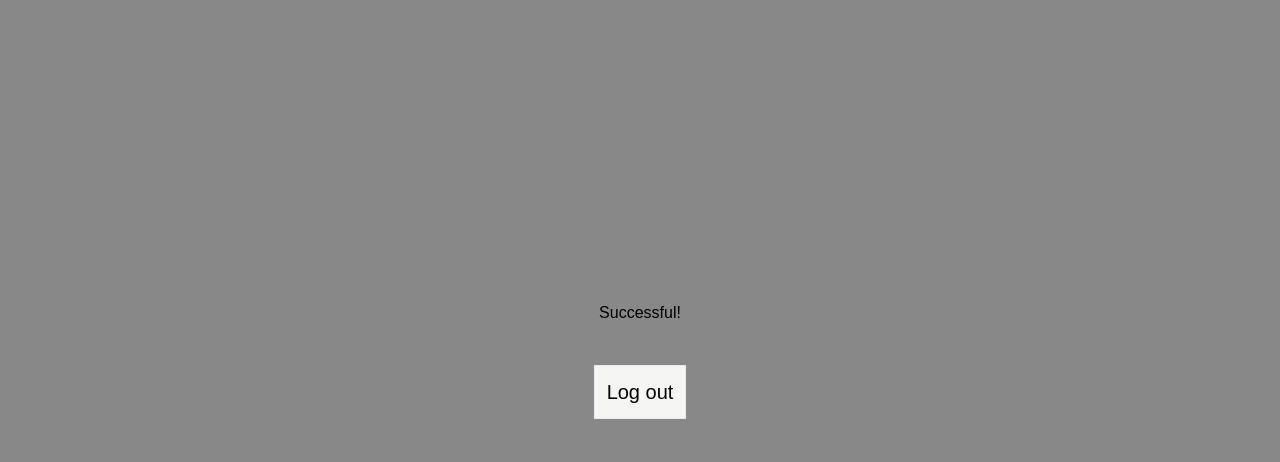
Repository: hsumyatm7308/oop-loginregister-php
Page: http://localhost/logout.php
An editor plug-in stored every save of this project. The page is shown before and after the next save, followed by the edit.
The browser window is 1280 px wide. The pictures show the whole page.
Some web libraries are served in a nearby version. The page is run by PHP 8.4 with error messages shown; the project is at /var/www/html/.

Above is the page before, as saved 2023-08-01 23:08:55.

### logout.php
<?php
require 'oopfunction.php';
if (isset($_POST['logout'])) {

    $logout = new Logout();
    $logout->logoutUser();
    header("Location:login.php");
}
?>


<!DOCTYPE html>
<html>

<head>
    <title>Login</title>

    <script src="https://cdn.tailwindcss.com"></script>
    <style>
        body {
            font-family: sans-serif;
            height: 100vh;
            background: #888;

            display: grid;
            place-items: center;
        }
    </style>

</head>

<body class="w-screen h-screen  flex justify-center items-center flex-col">

    <h1 class="mb-10">Successful!</h1>
    <form action="" method="post">
        <button type="button" name="logout" class="border p-3 bg-stone-100 text-xl"> Log out </button>
    </form>

</body>

</html>

### oopfunction.php
<?php


class Connection
{
    public $dbhost = "localhost";
    public $dbuser = "root";
    public $dbname = "hmmdb";
    public $password = "";


    public $conn;


    public function __construct()
    {
        try {

            $this->conn = new PDO("mysql:dbhost=$this->dbhost;dbname=$this->dbname", $this->dbuser, $this->password);
            $this->conn->setAttribute(PDO::ATTR_ERRMODE, PDO::ERRMODE_EXCEPTION);

            // echo "connection successfull";


        } catch (Exception $e) {
            echo "Error Found : " . $e->getMessage();
        }
    }
}

class Register extends Connection
{
    // Function to register user in the database
    public function insertUserInfo($fullname, $username, $email, $address, $phone, $password, $comfirmpass)
    {
        try {
            $duplicate = $this->conn->prepare('SELECT * FROM loginregister WHERE username = :username OR email = :email');
            $duplicate->bindParam(':username', $username, PDO::PARAM_STR);
            $duplicate->bindParam(':email', $email, PDO::PARAM_STR);
            $duplicate->execute();

            $row = $duplicate->rowCount();

            if ($row > 0) {
                return 10;
            } else {
                if ($password == $comfirmpass) {
                    try {
                        $stmt = $this->conn->prepare("INSERT INTO loginregister (fullname, username, email, address,phone, password) VALUES (:fullname, :username, :email, :address,:phone, :password)");
                        $stmt->bindParam(':fullname', $fullname);
                        $stmt->bindParam(':username', $username);
                        $stmt->bindParam(':email', $email);
                        $stmt->bindParam(':address', $address);
                        $stmt->bindParam(':phone', $phone);
                        $stmt->bindParam(':password', $password);
                        if ($stmt->execute()) {
                            return 1;
                        } else {
                            echo "Try Again";
                        }

                    } catch (Exception $e) {
                        echo "Error Found: " . $e->getMessage();
                    }
                } else {
                    return 100;
                }
            }
        } catch (Exception $e) {
            echo "Error Found: " . $e->getMessage();
        }





    }
}
class Login extends Connection
{
    public $id;

    public function loginUser($username, $password)
    {
        try {
            $stmt = $this->conn->prepare('SELECT id, password FROM loginregister WHERE username = :username');
            $stmt->bindParam(':username', $username, PDO::PARAM_STR);
            $stmt->execute();

            $user = $stmt->fetch(PDO::FETCH_ASSOC);

            if ($user) {
                if (password_verify($password, $user['password'])) {
                    $this->id = $user['id'];
                    return 2; // Login successful
                } else {
                    return 20; // Incorrect password
                }
            } else {
                return 200; // User not found
            }
        } catch (Exception $e) {
            die("Error: " . $e->getMessage());
        }



    }
}


class Logout extends Connection
{
    public function logoutUser()
    {
        session_start();
        session_destroy();
        // header("Location: login.php");
        // exit();


    }
}


$obj = new Connection();

if ($_SERVER['REQUEST_METHOD'] === "POST") {
    $reg = new Register();

    $fullname = textfilter($_POST['fullname']);
    $username = textfilter($_POST["username"]);
    $email = textfilter($_POST["email"]);
    $address = textfilter($_POST["address"]);
    $phone = textfilter($_POST["phone"]);
    $password = textfilter($_POST["password"]);
    $comfirmpass = textfilter($_POST["comfirm"]);

    $returnresult = $reg->insertUserInfo($fullname, $username, $email, $address, $phone, $password, $comfirmpass);

    if ($returnresult === 10) {
        echo "<div class=''>Username or email already taken!</div>";
    } elseif ($returnresult === 1) {
        $_SESSION['email'] = $email;
        $_SESSION['password'] = $password;
        header("Location:logout.php");
        exit();
    } elseif ($returnresult === 100) {
        echo "<div class=''>Password doesn't match!</div>";
    }
}



if ($_SERVER['REQUEST_METHOD'] === "POST") {
    $log = new Login();

    $username = textfilter($_POST["username"]);
    $password = textfilter($_POST["password"]);

    $return = $log->loginUser($username, $password);

    if ($return === 20) {
        echo "<div class=''>Username and Password don't match</div>";
    } elseif ($return === 2) {
        header("Location: logout.php");
        exit();
    } elseif ($return === 200) {
        header("Location: register.php");
        exit();
    }
}


function textfilter($data)
{
    $data = trim($data);
    $data = htmlspecialchars($data);
    $data = stripcslashes($data);

    return $data;
}

?>

After the next save:
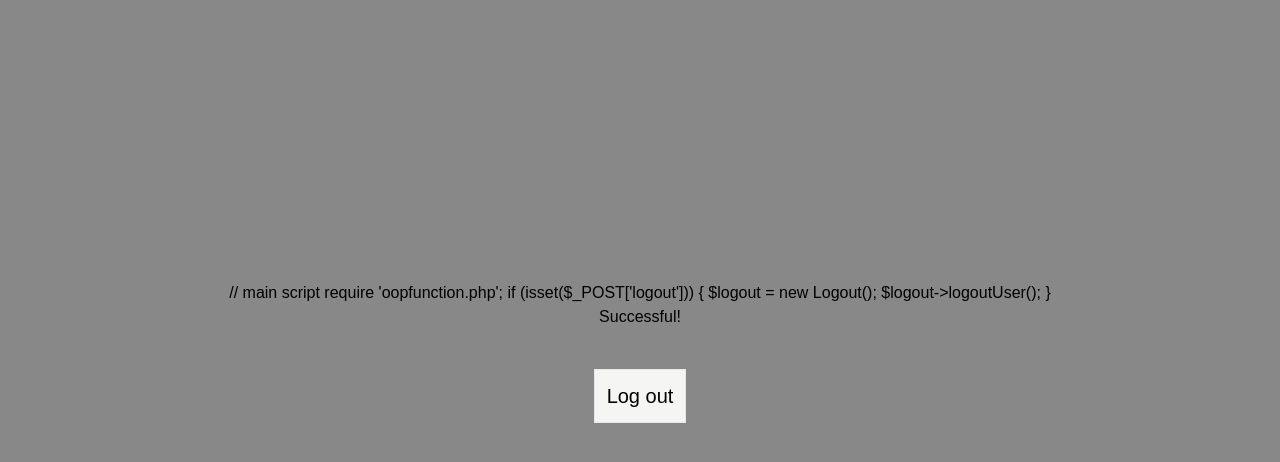
Saved 54 s later.
--- a/logout.php
+++ b/logout.php
@@ -1,12 +1,11 @@
-<?php
+// main script
 require 'oopfunction.php';
+
 if (isset($_POST['logout'])) {
-
     $logout = new Logout();
     $logout->logoutUser();
-    header("Location:login.php");
 }
-?>
+
 
 
 <!DOCTYPE html>

After the save that followed:
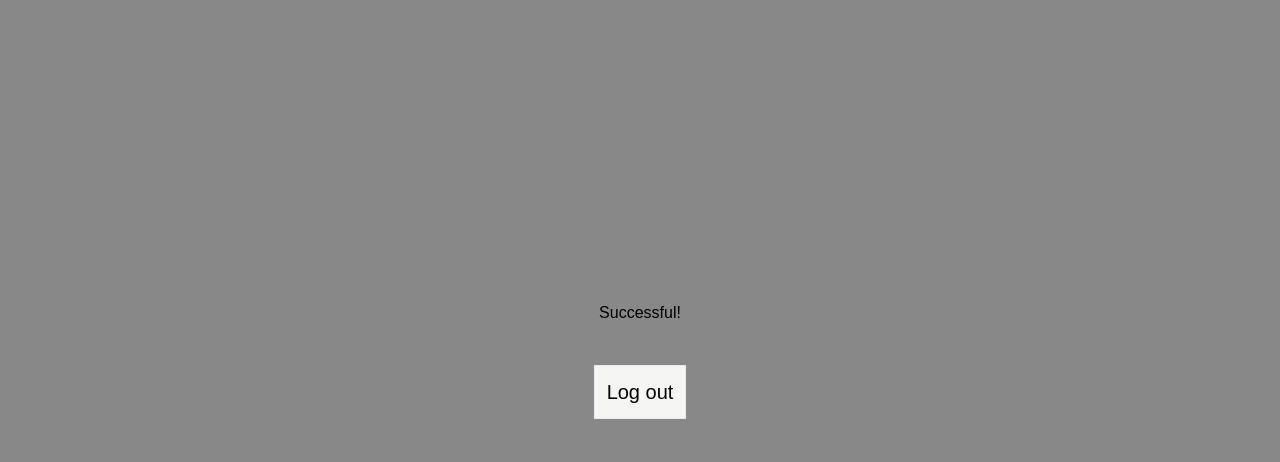
Saved 5 s later.
--- a/logout.php
+++ b/logout.php
@@ -1,3 +1,4 @@
+<?php
 // main script
 require 'oopfunction.php';
 
@@ -6,6 +7,7 @@
     $logout->logoutUser();
 }
 
+?>
 
 
 <!DOCTYPE html>
